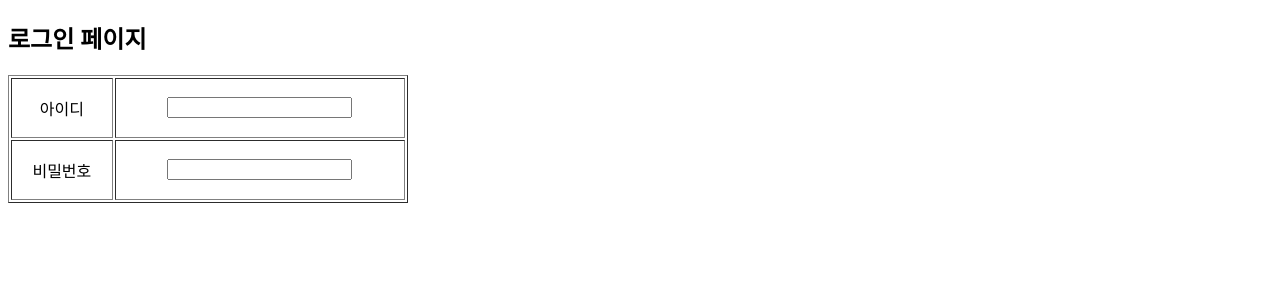
Repository: junirang330/Jsp2026
Page: http://localhost/chapter01/Request/requestLogin.jsp
The author's editor kept a copy of each file at every save. The page is drawn from the files as they stood at one save, then again after the next save.
The browser window is 1280 px wide. The pictures show the whole page.
The page is served by Tomcat 9.

Above is the page before, as saved 2026-10-19 05:49:02.

### chapter01/src/main/webapp/Request/requestLogin.jsp
<%@ page language="java" contentType="text/html; charset=UTF-8"
    pageEncoding="UTF-8" import = "java.util.*" %>
<!DOCTYPE html>
<html>
<head>
<meta charset="UTF-8">
<title>Request 로그인</title>
</head>
<body>
	<div class="container">
		<h2>로그인 페이지</h2>
		<form action="RequestLoginProc.jsp" method = "post">
			<table width="400" border="1">
				<tr height = "60">
					<td align = "center" width = "150">아이디</td>
					<td align = "center" width = "350">
						<input type = "text" name = "id"/>
					</td>

				</tr>
				<tr height = "60">
					<td align = "center" width = "150">비밀번호</td>
					<td align = "center" width = "350">
						<input type = "password" name = "pass"/>
					</td>

				</tr>
			</table>
		</form>
	</div>

</body>
</html>

After the next save:
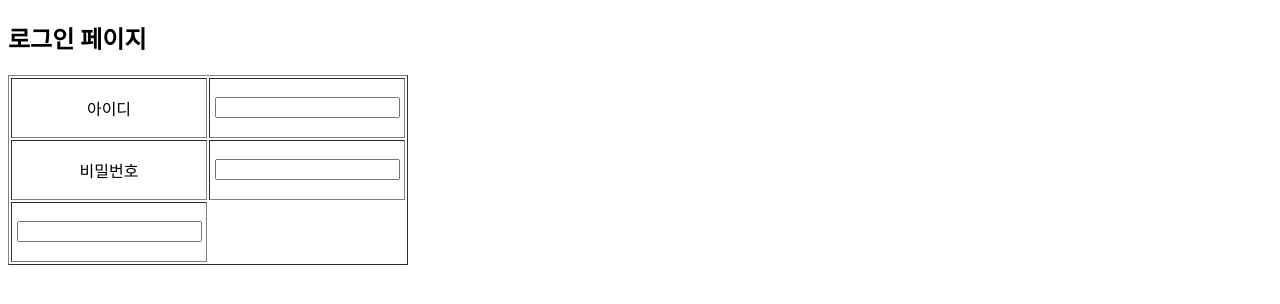
Saved 18 s later.
--- a/chapter01/src/main/webapp/Request/requestLogin.jsp
+++ b/chapter01/src/main/webapp/Request/requestLogin.jsp
@@ -23,7 +23,11 @@
 					<td align = "center" width = "350">
 						<input type = "password" name = "pass"/>
 					</td>
-
+				</tr>
+				<tr height = "60">
+					<td align = "center" width = "350">
+						<input type = "password" name = "pass"/>
+					</td>
 				</tr>
 			</table>
 		</form>
